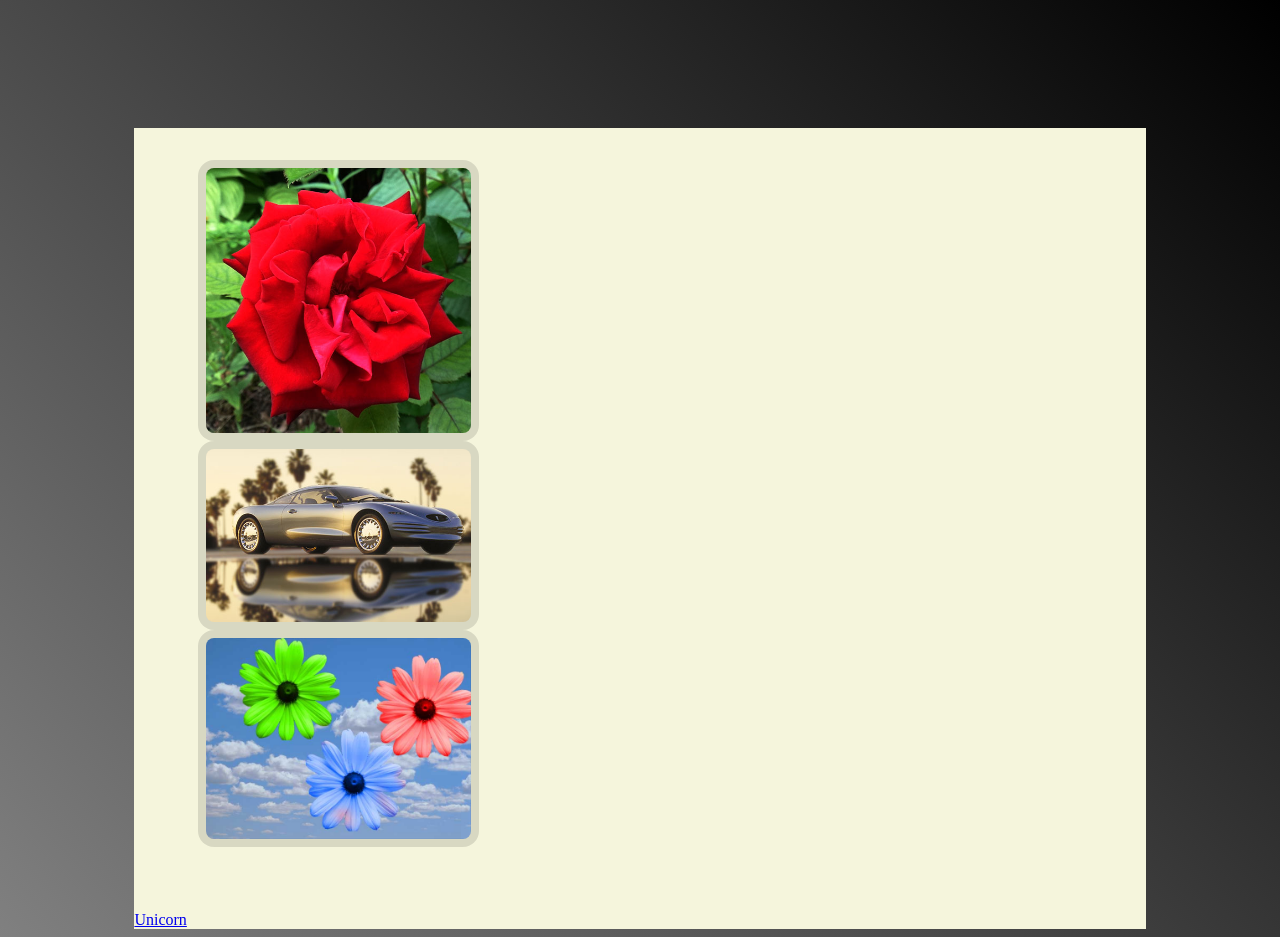
Repository: ViggoSkj/VGY
Page: ovningar/photoshopovning/photoshopovning.html
The author's editor kept a copy of each file at every save. The page is drawn from the files as they stood at one save, then again after a run of saves.
The browser window is 1280 px wide. The pictures show the whole page.

Above is the page before, as saved 2022-11-27 12:09:59.

### ovningar/photoshopovning/photoshopovning.html
<!DOCTYPE html>
<html lang="en">
    <head>
        <meta charset="UTF-8">
        <meta http-equiv="X-UA-Compatible" content="IE=edge">
        <meta name="viewport" content="width=device-width, initial-scale=1.0">
        <title>Document</title>
        <link rel="stylesheet" href="public/css/style.css">
    </head>
    <body class="photoshopovningar">
        <div class="container">
            <div class="images">
                <img src="public/images/ros_edited.jpg" alt="ros">
                <img src="public/images/bil_edited.jpg" alt="bil">
                <img src="public/images/sky_and_flower.jpg" alt="1 röd, 1, blå och 1 grönn blomma på en himmel">
            </div>

            <div id="myfooter">
                <a href="https://validator.w3.org/unicorn/check?ucn_uri=labb.vgy.se/~viggosg/ovningar/photoshopovningar.html&ucn_task=conformance">Unicorn</a>
             </div>
        </div>
    </body>
</html>

### ovningar/photoshopovning/public/css/style.css
body
{
    background-image: linear-gradient(45deg, gray, black);
}

.container
{
    background-color: beige;
    margin: auto;
    margin-top: 8em;
    width: 80%;
}

img
{
    display: block;
    width: 30%;
    border-radius: 1em;
    padding: 0.5em;
    background-color: rgba(0, 0, 0, 0.116);
}

.images
{
    display: flexbox;
    align-items: center;
    padding: 2em;
    margin: 2em;
}

After the next 2 saves:
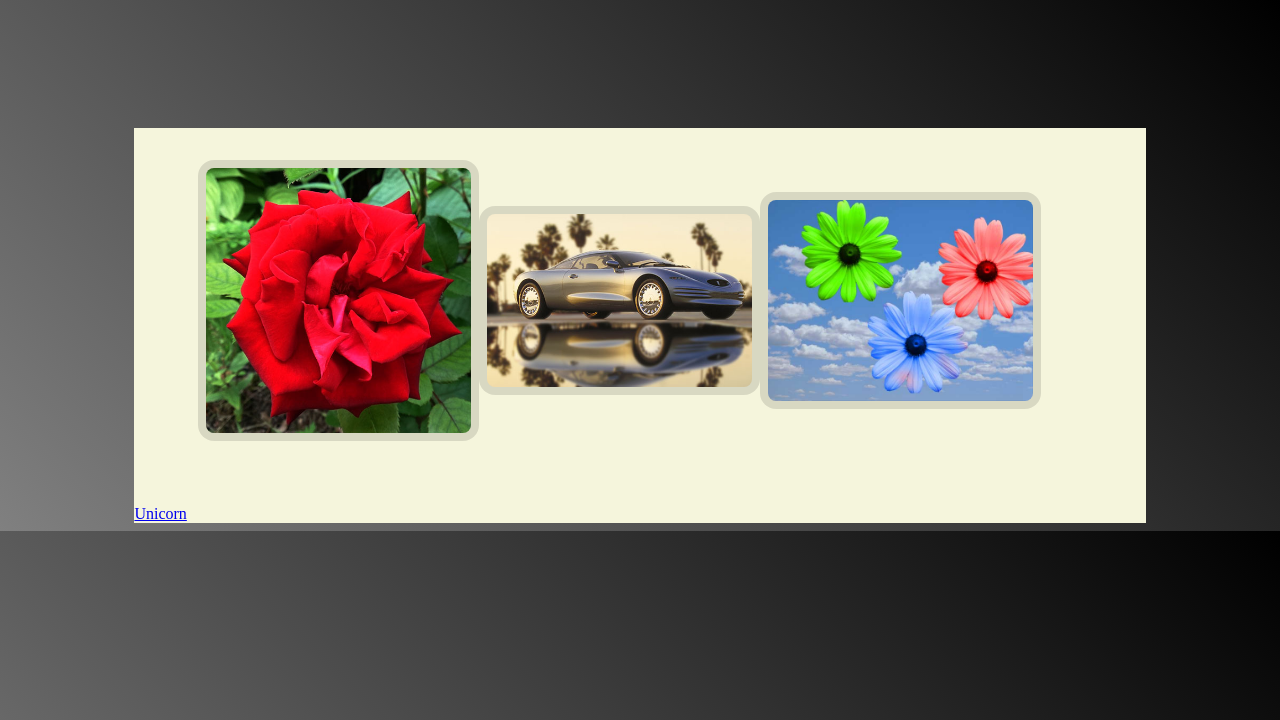
The 2 saves are shown as one change because they came seconds apart.
The last was saved 8 s later.
--- a/ovningar/photoshopovning/public/css/style.css
+++ b/ovningar/photoshopovning/public/css/style.css
@@ -13,7 +13,7 @@ body
 
 img
 {
-    display: block;
+
     width: 30%;
     border-radius: 1em;
     padding: 0.5em;
@@ -22,7 +22,7 @@ img
 
 .images
 {
-    display: flexbox;
+    display: flex;
     align-items: center;
     padding: 2em;
     margin: 2em;
